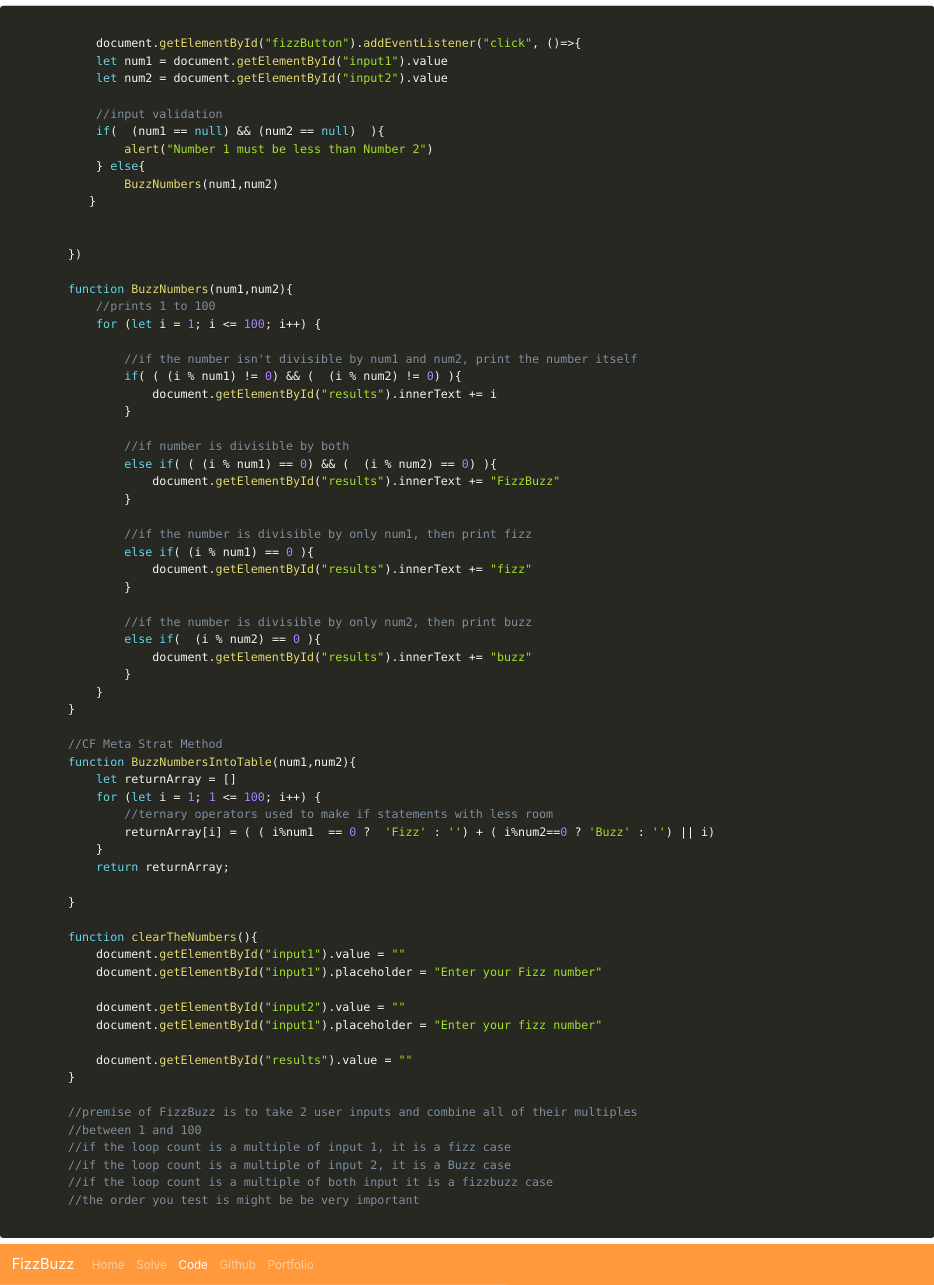
Repository: zhadjah9559/FizzBuzz
Page: code.html
These files come from the project's save history. The page is drawn as it stood at one moment and after a run of saves; the edit follows.
The browser window is 1280 px wide. The pictures show the whole page, at 73% of full size.

Above is the page before, as saved 2021-01-12 15:24:13.

### code.html
<!doctype html>
<html lang="en">
  <head>
    <title>Title</title>
    <!-- Required meta tags -->
    <meta charset="utf-8">
    <meta name="viewport" content="width=device-width, initial-scale=1, shrink-to-fit=no">

    <!-- Bootstrap CSS -->
    <link rel="stylesheet" href="https://stackpath.bootstrapcdn.com/bootstrap/4.3.1/css/bootstrap.min.css" integrity="sha384-ggOyR0iXCbMQv3Xipma34MD+dH/1fQ784/j6cY/iJTQUOhcWr7x9JvoRxT2MZw1T" crossorigin="anonymous">
    <link rel="stylesheet" href="css/prism.css">


</head>
  <body>

    <div class="container">
        <div class="row">
            <div class="col">


            </div>
        </div>
    </div>


    <pre><code class="language-javascript">
            document.getElementById("fizzButton").addEventListener("click", ()=>{
            let num1 = document.getElementById("input1").value
            let num2 = document.getElementById("input2").value

            //input validation
            if(  (num1 == null) && (num2 == null)  ){
                alert("Number 1 must be less than Number 2")
            } else{
                BuzzNumbers(num1,num2)
           }


        })

        function BuzzNumbers(num1,num2){
            //prints 1 to 100
            for (let i = 1; i <= 100; i++) {

                //if the number isn't divisible by num1 and num2, print the number itself
                if( ( (i % num1) != 0) && (  (i % num2) != 0) ){
                    document.getElementById("results").innerText += i
                }

                //if number is divisible by both
                else if( ( (i % num1) == 0) && (  (i % num2) == 0) ){
                    document.getElementById("results").innerText += "FizzBuzz"
                }

                //if the number is divisible by only num1, then print fizz
                else if( (i % num1) == 0 ){
                    document.getElementById("results").innerText += "fizz"
                }

                //if the number is divisible by only num2, then print buzz
                else if(  (i % num2) == 0 ){
                    document.getElementById("results").innerText += "buzz"
                }
            }
        }

        //CF Meta Strat Method
        function BuzzNumbersIntoTable(num1,num2){
            let returnArray = []
            for (let i = 1; 1 <= 100; i++) {
                //ternary operators used to make if statements with less room
                returnArray[i] = ( ( i%num1  == 0 ?  'Fizz' : '') + ( i%num2==0 ? 'Buzz' : '') || i)
            }
            return returnArray;

        }

        function clearTheNumbers(){
            document.getElementById("input1").value = ""
            document.getElementById("input1").placeholder = "Enter your Fizz number"

            document.getElementById("input2").value = ""
            document.getElementById("input1").placeholder = "Enter your fizz number"

            document.getElementById("results").value = ""
        }

        //premise of FizzBuzz is to take 2 user inputs and combine all of their multiples
        //between 1 and 100
        //if the loop count is a multiple of input 1, it is a fizz case
        //if the loop count is a multiple of input 2, it is a Buzz case
        //if the loop count is a multiple of both input it is a fizzbuzz case
        //the order you test is might be be very important
    </code></pre>

    <nav class="navbar navbar-expand-sm navbar-dark" style="background-color: #ff993b;">
        <a class="navbar-brand" href="#">FizzBuzz</a>
        <button class="navbar-toggler d-lg-none" type="button" data-toggle="collapse" data-target="#collapsibleNavId" aria-controls="collapsibleNavId"
            aria-expanded="false" aria-label="Toggle navigation"></button>
        <div class="collapse navbar-collapse" id="collapsibleNavId">
            <ul class="navbar-nav mr-auto mt-2 mt-lg-0">
                <li class="nav-item">
                    <a class="nav-link" href="index.html">Home </a>
                </li>
                <li class="nav-item">
                    <a class="nav-link" href="solve.html">Solve </a>
                </li>
                <li class="nav-item">
                    <a class="nav-link active" href="code.html">Code <span class="sr-only">(current)</span></a>
                </li>
                <li class="nav-item">
                    <a class="nav-link" target="_blank" href="https://github.com/zhadjah9559/FizzBuzz">Github</a>
                </li>
                <li class="nav-item">
                    <a class="nav-link" target="_blank" href="https://www.zacharyhadjah.netlify.app">Portfolio</a>
                </li>


            </ul>
        </div>
    </nav>



    <!-- Optional JavaScript -->
    <!-- jQuery first, then Popper.js, then Bootstrap JS -->
    <script src="https://code.jquery.com/jquery-3.3.1.slim.min.js" integrity="sha384-q8i/X+965DzO0rT7abK41JStQIAqVgRVzpbzo5smXKp4YfRvH+8abtTE1Pi6jizo" crossorigin="anonymous"></script>
    <script src="https://cdnjs.cloudflare.com/ajax/libs/popper.js/1.14.7/umd/popper.min.js" integrity="sha384-UO2eT0CpHqdSJQ6hJty5KVphtPhzWj9WO1clHTMGa3JDZwrnQq4sF86dIHNDz0W1" crossorigin="anonymous"></script>
    <script src="https://stackpath.bootstrapcdn.com/bootstrap/4.3.1/js/bootstrap.min.js" integrity="sha384-JjSmVgyd0p3pXB1rRibZUAYoIIy6OrQ6VrjIEaFf/nJGzIxFDsf4x0xIM+B07jRM" crossorigin="anonymous"></script>
    <script src="js/prism.js"></script>


    </body>
</html>

### css/prism.css
/* PrismJS 1.23.0
https://prismjs.com/download.html#themes=prism-okaidia&languages=markup+css+clike+javascript&plugins=line-numbers */
/**
 * okaidia theme for JavaScript, CSS and HTML
 * Loosely based on Monokai textmate theme by http://www.monokai.nl/
 * @author ocodia
 */

code[class*="language-"],
pre[class*="language-"] {
	color: #f8f8f2;
	background: none;
	text-shadow: 0 1px rgba(0, 0, 0, 0.3);
	font-family: Consolas, Monaco, 'Andale Mono', 'Ubuntu Mono', monospace;
	font-size: 1em;
	text-align: left;
	white-space: pre;
	word-spacing: normal;
	word-break: normal;
	word-wrap: normal;
	line-height: 1.5;

	-moz-tab-size: 4;
	-o-tab-size: 4;
	tab-size: 4;

	-webkit-hyphens: none;
	-moz-hyphens: none;
	-ms-hyphens: none;
	hyphens: none;
}

/* Code blocks */
pre[class*="language-"] {
	padding: 1em;
	margin: .5em 0;
	overflow: auto;
	border-radius: 0.3em;
}

:not(pre) > code[class*="language-"],
pre[class*="language-"] {
	background: #272822;
}

/* Inline code */
:not(pre) > code[class*="language-"] {
	padding: .1em;
	border-radius: .3em;
	white-space: normal;
}

.token.comment,
.token.prolog,
.token.doctype,
.token.cdata {
	color: #8292a2;
}

.token.punctuation {
	color: #f8f8f2;
}

.token.namespace {
	opacity: .7;
}

.token.property,
.token.tag,
.token.constant,
.token.symbol,
.token.deleted {
	color: #f92672;
}

.token.boolean,
.token.number {
	color: #ae81ff;
}

.token.selector,
.token.attr-name,
.token.string,
.token.char,
.token.builtin,
.token.inserted {
	color: #a6e22e;
}

.token.operator,
.token.entity,
.token.url,
.language-css .token.string,
.style .token.string,
.token.variable {
	color: #f8f8f2;
}

.token.atrule,
.token.attr-value,
.token.function,
.token.class-name {
	color: #e6db74;
}

.token.keyword {
	color: #66d9ef;
}

.token.regex,
.token.important {
	color: #fd971f;
}

.token.important,
.token.bold {
	font-weight: bold;
}
.token.italic {
	font-style: italic;
}

.token.entity {
	cursor: help;
}

pre[class*="language-"].line-numbers {
	position: relative;
	padding-left: 3.8em;
	counter-reset: linenumber;
}

pre[class*="language-"].line-numbers > code {
	position: relative;
	white-space: inherit;
}

.line-numbers .line-numbers-rows {
	position: absolute;
	pointer-events: none;
	top: 0;
	font-size: 100%;
	left: -3.8em;
	width: 3em; /* works for line-numbers below 1000 lines */
	letter-spacing: -1px;
	border-right: 1px solid #999;

	-webkit-user-select: none;
	-moz-user-select: none;
	-ms-user-select: none;
	user-select: none;

}

	.line-numbers-rows > span {
		display: block;
		counter-increment: linenumber;
	}

		.line-numbers-rows > span:before {
			content: counter(linenumber);
			color: #999;
			display: block;
			padding-right: 0.8em;
			text-align: right;
		}

Loaded but not shown: js/prism.js (library)

After the next 3 saves:
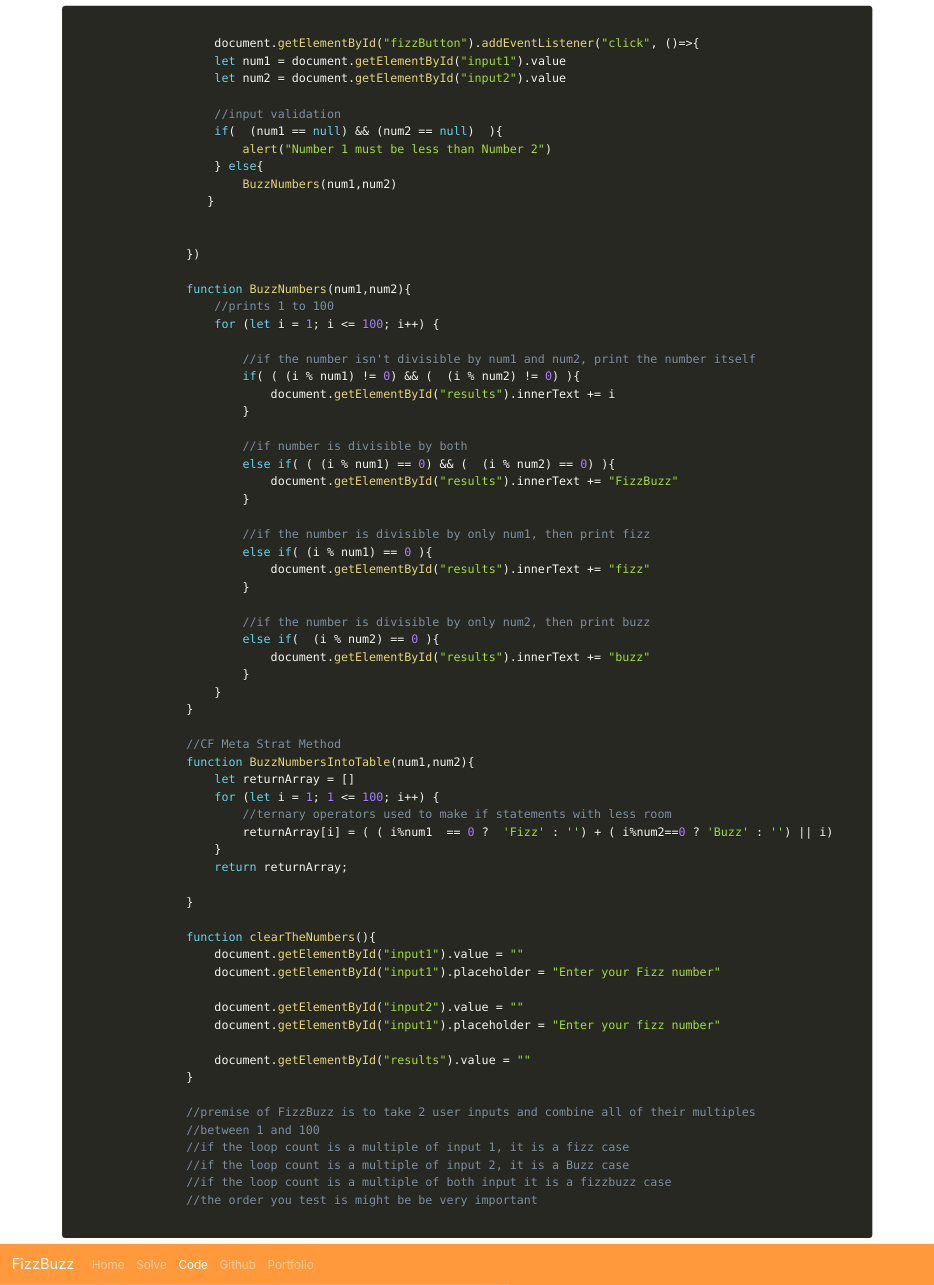
The 3 saves are shown as one change because they came seconds apart.
The last was saved 14 s later.
--- a/code.html
+++ b/code.html
@@ -18,81 +18,82 @@
         <div class="row">
             <div class="col">
 
+                <pre><code class="language-javascript">
+                    document.getElementById("fizzButton").addEventListener("click", ()=>{
+                    let num1 = document.getElementById("input1").value
+                    let num2 = document.getElementById("input2").value
+
+                    //input validation
+                    if(  (num1 == null) && (num2 == null)  ){
+                        alert("Number 1 must be less than Number 2")
+                    } else{
+                        BuzzNumbers(num1,num2)
+                   }
+
+
+                })
+
+                function BuzzNumbers(num1,num2){
+                    //prints 1 to 100
+                    for (let i = 1; i <= 100; i++) {
+
+                        //if the number isn't divisible by num1 and num2, print the number itself
+                        if( ( (i % num1) != 0) && (  (i % num2) != 0) ){
+                            document.getElementById("results").innerText += i
+                        }
+
+                        //if number is divisible by both
+                        else if( ( (i % num1) == 0) && (  (i % num2) == 0) ){
+                            document.getElementById("results").innerText += "FizzBuzz"
+                        }
+
+                        //if the number is divisible by only num1, then print fizz
+                        else if( (i % num1) == 0 ){
+                            document.getElementById("results").innerText += "fizz"
+                        }
+
+                        //if the number is divisible by only num2, then print buzz
+                        else if(  (i % num2) == 0 ){
+                            document.getElementById("results").innerText += "buzz"
+                        }
+                    }
+                }
+
+                //CF Meta Strat Method
+                function BuzzNumbersIntoTable(num1,num2){
+                    let returnArray = []
+                    for (let i = 1; 1 <= 100; i++) {
+                        //ternary operators used to make if statements with less room
+                        returnArray[i] = ( ( i%num1  == 0 ?  'Fizz' : '') + ( i%num2==0 ? 'Buzz' : '') || i)
+                    }
+                    return returnArray;
+
+                }
+
+                function clearTheNumbers(){
+                    document.getElementById("input1").value = ""
+                    document.getElementById("input1").placeholder = "Enter your Fizz number"
+
+                    document.getElementById("input2").value = ""
+                    document.getElementById("input1").placeholder = "Enter your fizz number"
+
+                    document.getElementById("results").value = ""
+                }
+
+                //premise of FizzBuzz is to take 2 user inputs and combine all of their multiples
+                //between 1 and 100
+                //if the loop count is a multiple of input 1, it is a fizz case
+                //if the loop count is a multiple of input 2, it is a Buzz case
+                //if the loop count is a multiple of both input it is a fizzbuzz case
+                //the order you test is might be be very important
+            </code></pre>
 
             </div>
         </div>
     </div>
 
 
-    <pre><code class="language-javascript">
-            document.getElementById("fizzButton").addEventListener("click", ()=>{
-            let num1 = document.getElementById("input1").value
-            let num2 = document.getElementById("input2").value
 
-            //input validation
-            if(  (num1 == null) && (num2 == null)  ){
-                alert("Number 1 must be less than Number 2")
-            } else{
-                BuzzNumbers(num1,num2)
-           }
-
-
-        })
-
-        function BuzzNumbers(num1,num2){
-            //prints 1 to 100
-            for (let i = 1; i <= 100; i++) {
-
-                //if the number isn't divisible by num1 and num2, print the number itself
-                if( ( (i % num1) != 0) && (  (i % num2) != 0) ){
-                    document.getElementById("results").innerText += i
-                }
-
-                //if number is divisible by both
-                else if( ( (i % num1) == 0) && (  (i % num2) == 0) ){
-                    document.getElementById("results").innerText += "FizzBuzz"
-                }
-
-                //if the number is divisible by only num1, then print fizz
-                else if( (i % num1) == 0 ){
-                    document.getElementById("results").innerText += "fizz"
-                }
-
-                //if the number is divisible by only num2, then print buzz
-                else if(  (i % num2) == 0 ){
-                    document.getElementById("results").innerText += "buzz"
-                }
-            }
-        }
-
-        //CF Meta Strat Method
-        function BuzzNumbersIntoTable(num1,num2){
-            let returnArray = []
-            for (let i = 1; 1 <= 100; i++) {
-                //ternary operators used to make if statements with less room
-                returnArray[i] = ( ( i%num1  == 0 ?  'Fizz' : '') + ( i%num2==0 ? 'Buzz' : '') || i)
-            }
-            return returnArray;
-
-        }
-
-        function clearTheNumbers(){
-            document.getElementById("input1").value = ""
-            document.getElementById("input1").placeholder = "Enter your Fizz number"
-
-            document.getElementById("input2").value = ""
-            document.getElementById("input1").placeholder = "Enter your fizz number"
-
-            document.getElementById("results").value = ""
-        }
-
-        //premise of FizzBuzz is to take 2 user inputs and combine all of their multiples
-        //between 1 and 100
-        //if the loop count is a multiple of input 1, it is a fizz case
-        //if the loop count is a multiple of input 2, it is a Buzz case
-        //if the loop count is a multiple of both input it is a fizzbuzz case
-        //the order you test is might be be very important
-    </code></pre>
 
     <nav class="navbar navbar-expand-sm navbar-dark" style="background-color: #ff993b;">
         <a class="navbar-brand" href="#">FizzBuzz</a>
